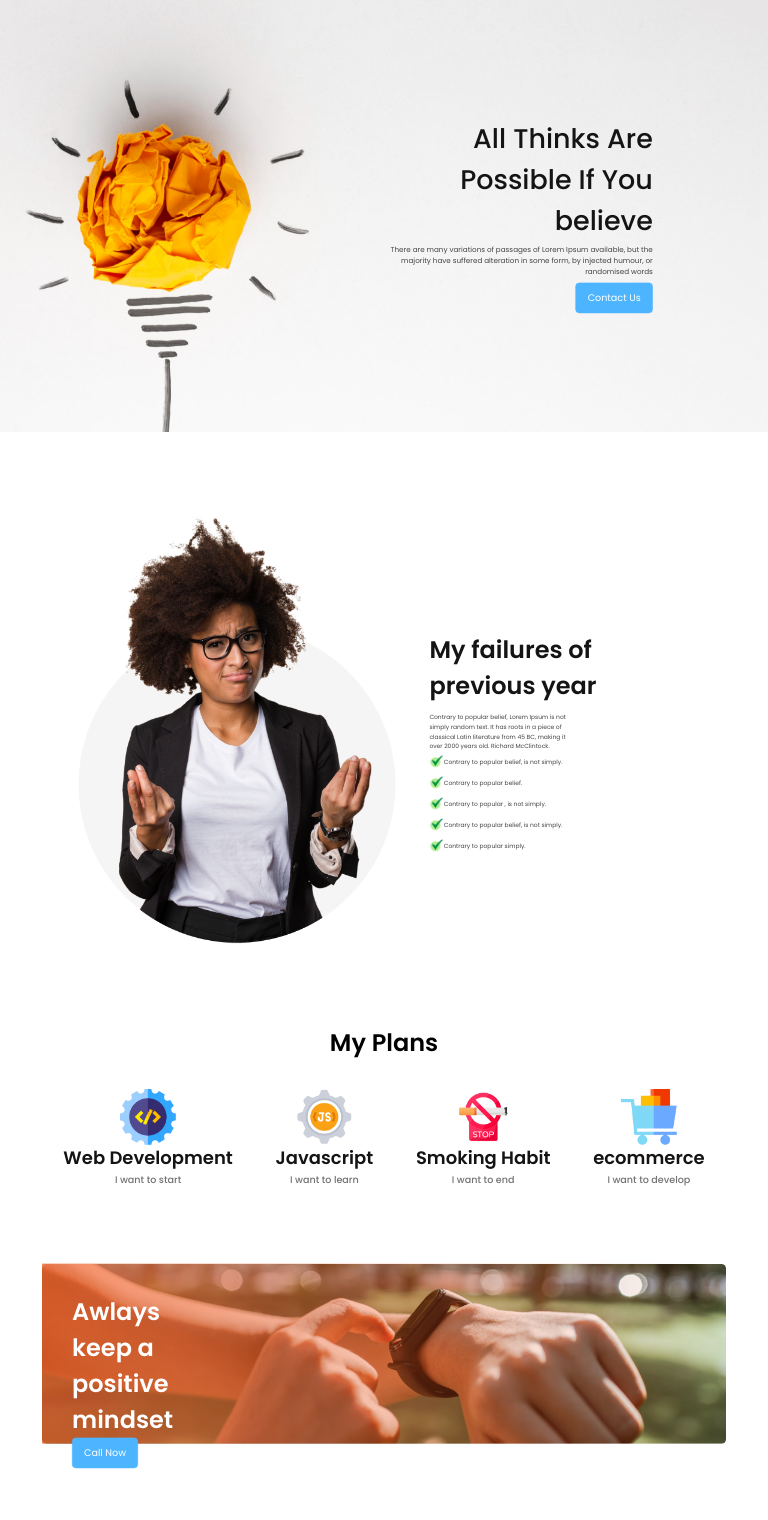
Repository: mdrubel02/new-year-new-mission
Page: index.html
An editor plug-in stored every save of this project. The page is shown before and after the next save, followed by the edit.
The browser window is 1280 px wide. The pictures show the whole page, at 60% of full size.

Above is the page before, as saved 2023-01-07 00:17:02.

### index.html
<!DOCTYPE html>
<html lang="en">

<head>
    <meta charset="UTF-8">
    <meta http-equiv="X-UA-Compatible" content="IE=edge">
    <meta name="viewport" content="width=device-width, initial-scale=1.0">
    <title>new-year-new-mission</title>
    <!-------- css link ---------->
    <link rel="stylesheet" href="/index.css">
</head>

<body>
    <header>
        <!--------- banner section --------->
        <section class="banner_section ">
            <div class="banner">
                <h1>All Thinks Are Possible If You believe</h1>
                <p>There are many variations of passages of Lorem Ipsum available, but the majority have suffered
                    alteration in some form, by injected humour, or randomised words</p>
                <a href="" class="btn btn-primary">Contact Us</a>
            </div>
        </section>
    </header>
    <!------------------ experience section---------------- -->
    <section class="container">
        <div class="experience_section">
            <div class="experience_left">
                <img src="./images/person.png" alt="">
            </div>
            <div class="experience_right">
                <h1>My failures of previous year</h1>
                <p>Contrary to popular belief, Lorem Ipsum is not simply random text. It has roots in a piece of
                    classical Latin literature from 45 BC, making it over 2000 years old. Richard McClintock.</p>
                <ul>
                    <li class="experience-item"><span><img src="/images/check-mark.png" alt=""></span>
                        <p>Contrary to popular belief, is not simply.</p>
                    </li>
                    <li class="experience-item"><span><img src="/images/check-mark.png" alt=""></span>
                        <p>Contrary to popular belief.</p>
                    </li>
                    <li class="experience-item"><span><img src="/images/check-mark.png" alt=""></span>
                        <p>Contrary to popular , is not simply.</p>
                    </li>
                    <li class="experience-item"><span><img src="/images/check-mark.png" alt=""></span>
                        <p>Contrary to popular belief, is not simply.</p>
                    </li>
                    <li class="experience-item"><span><img src="/images/check-mark.png" alt=""></span>
                        <p>Contrary to popular simply.</p>
                    </li>
                </ul>
            </div>
        </div>

    </section>
    <!---------------- my plans section-------------->
    <section class="container">
        <h1 class="title">My Plans</h1>
        <div class="my_plans_section">
            <div class="my_plans_items">
                <img src="/images/icons/web.png" alt="">
                <h2>Web Development</h2>
                <p>I want to start</p>
            </div>
            <div class="my_plans_items">
                <img src="/images/icons/js.png" alt="">
                <h2>Javascript</h2>
                <p>I want to learn</p>
            </div>
            <div class="my_plans_items">
                <img src="/images/icons/smoke.png" alt="">
                <h2>Smoking Habit</h2>
                <p>I want to end</p>
            </div>
            <div class="my_plans_items">
                <img src="/images/icons/ecom.png" alt="">
                <h2>ecommerce</h2>
                <p>I want to develop</p>
            </div>
        </div>

    </section>
    <!------------- activity section --------------->
    <section class="container">
        <div class="activity_section">
            <div class="activity_content">
                <h1>Awlays keep a positive mindset</h1>
                <a href="" class="btn btn-primary">Call Now</a>
            </div>
        </div>
    </section>
</body>

</html>

### index.css
/* =====GOOGLE FONTS====== */
@import url('https://fonts.googleapis.com/css2?family=Poppins:wght@300;400;500;600&display=swap');

/* =====COMMON STYLES====== */
* {
    margin: 0;
    padding: 0;
    border: 0;
    outline: 0;
    list-style: none;
    text-decoration: none;
}

body {
    font-family: 'Poppins', sans-serif;
}

h1,
h2,
h3,
h4,
h5,
h6 {
    font-weight: 500;
}

.container {
    max-width: 1200px;
    margin: 0 auto;
    margin-top: 10%;
    margin-bottom: 10%;
    padding: 0 30px;
    box-sizing: border-box;
}

a {
    color: #fff;
    transition: all 400ms ease;
}

a:hover {
    color: #fff;
}

.btn {
    text-align: center;
    width: max-content;
    display: inline-block;
    color: #fff;
    padding: 0.75rem 1.2rem;
    border-radius: 0.4rem;
    border: 1px solid #4db5ff;
    transition: all 400ms ease;
}

.btn:hover {
    background: #fff;
    color: #4db5ff;
    border: 1px solid #4db5ff;
}

.btn-primary {
    background: #4db5ff;
    color: #fff;
}

/* ========= Banner section ============== */
.banner_section {
    background-image: url(/images/banner/banner1.png);
    background-repeat: no-repeat;
    background-size: cover;
    background-position: center center;
    height: 100vh;
    width: 100%;
    position: relative;
    z-index: 1;
    display: flex;
    flex-direction: column;
    justify-content: center;
    align-items: flex-end;
    text-align: center;
}

.banner {
    width: 35%;
    margin-top: -0%;
    position: absolute;
    right: 15%;
    display: flex;
    flex-direction: column;
    justify-content: end;
    align-items: flex-end;
}

.banner h1 {
    font-size: 45px;
    color: #151414;
    text-align: end;
}

.banner p {
    color: #444343;
    font-size: 12px;
    text-align: end;
    padding-top: 5px;
    padding-bottom: 10px;
}


/* =========== experience section ================== */
.experience_section {
    display: flex;
    justify-content: space-evenly;
    align-items: center;
}

.experience_right {
    width: 40%;
    margin-top: 5%;
}

.experience_right h1 {
    font-weight: 700;
    font-size: 40px;
    padding-bottom: 10px;
    color: #151414;
}

.experience_right p {
    width: 50%;
    font-size: 10px;
    color: #444343;
    padding-top: 5px;
    padding-bottom: 5px;
}

.experience-item {
    display: flex;
    padding-bottom: 4px;
}

.experience-item span img {
    height: 24px;
    width: 24px;
}

/* ================= my plans section================ */
.title {
    text-align: center;
    font-size: 40px;
    font-weight: 700;
    margin-bottom: 3rem;
}

.my_plans_section {
    display: flex;
    justify-content: space-around;
    align-items: center;
}

.my_plans_items {
    display: flex;
    flex-direction: column;
    justify-content: center;
    align-items: center;
}

.my_plans_items h2 {
    font-size: 30px;
    font-weight: 700;
    color: #151414;
}

.my_plans_items p {
    font-weight: 500;
    font-size: 16px;
    color: #737272;
}

/* ============= activity section========= */
.activity_section {
    background-image: url(/images/watch.png);
    background-repeat: no-repeat;
    background-size: cover;
    background-position: center center;
    height: 300px;
    width: 100%;
    position: relative;
    z-index: 1;
    display: flex;
    flex-direction: column;
    justify-content: flex-start;
    align-items: flex-start;
    text-align: start;
}
.activity_section::after{
    content: "";
    position: absolute;
    top: 0;
    left: 0;
    width: 100%;
    height: 100%;
    opacity: .7;
    z-index: -5;
    background: linear-gradient(90deg, #F15B22 0%, rgba(241, 91, 34, 0) 100%);
}
.activity_content{
    padding: 50px;
}
.activity_content h1{
    width: 200px;
   font-size: 40px;
   font-weight: 700;
   color: #FFFFFF;
}

After the next save:
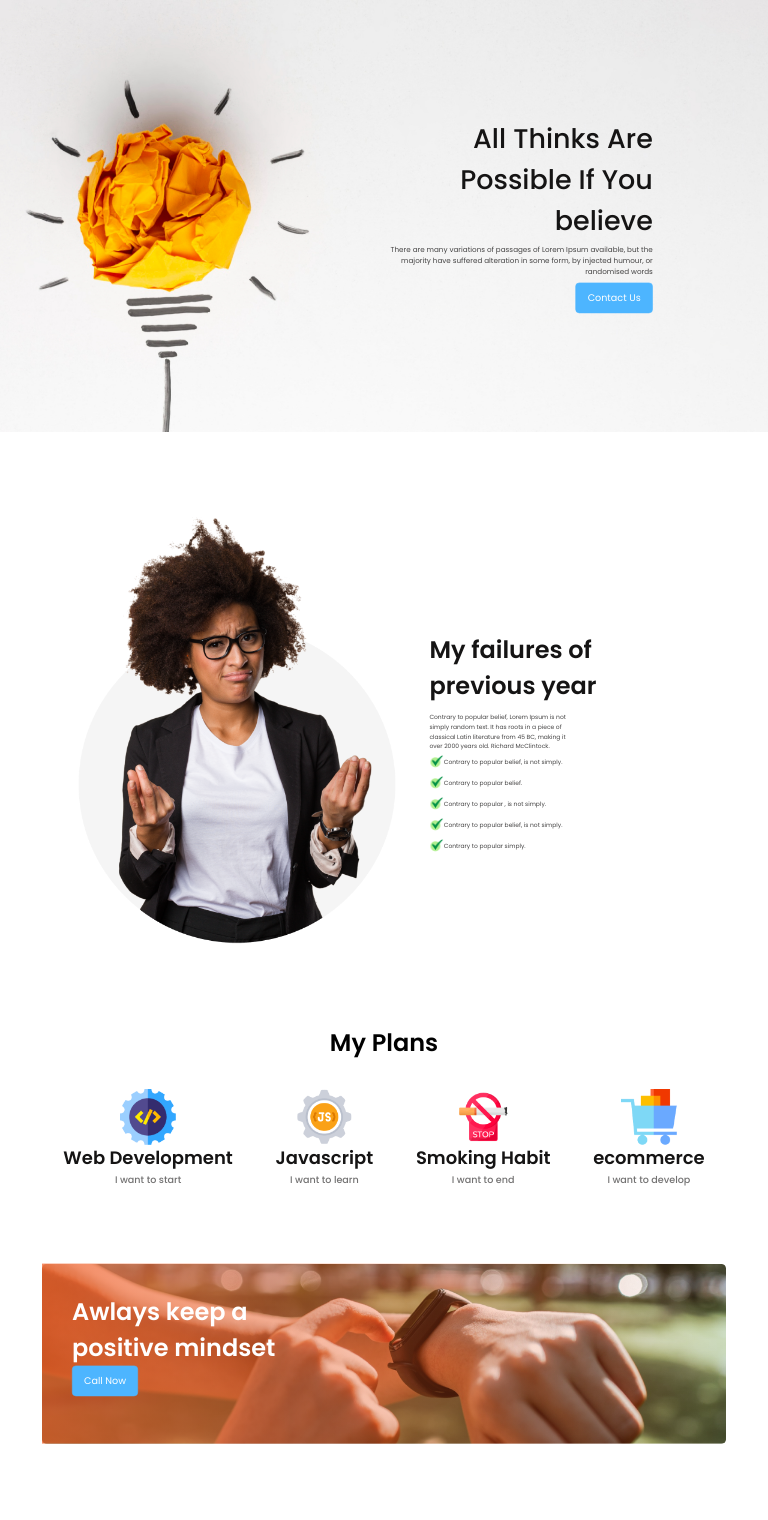
Saved 17 s later.
--- a/index.css
+++ b/index.css
@@ -208,7 +208,7 @@ a:hover {
     padding: 50px;
 }
 .activity_content h1{
-    width: 200px;
+    width: 450px;
    font-size: 40px;
    font-weight: 700;
    color: #FFFFFF;
